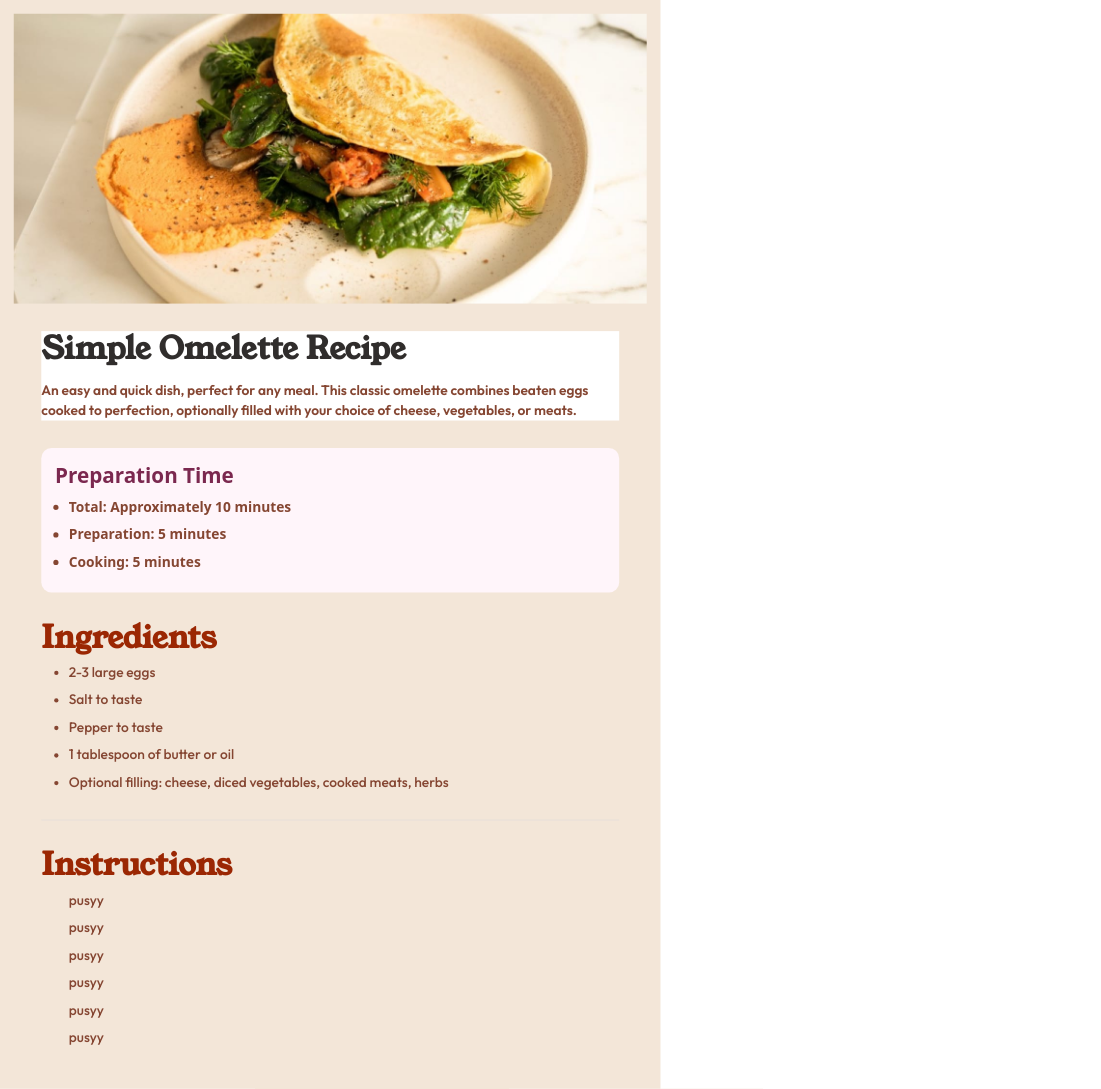
Repository: nivrii/recipe-page-main
Page: /
These files come from the project's save history. The page is drawn as it stood at one moment and after the next save; the edit follows.
The browser window is 1280 px wide. The pictures show the whole page, at 86% of full size.
The project was rebuilt for these pictures with package versions that can differ from the ones it lists, and the page was loaded fresh each time. Also part of the build but not shown: vite.config.js, src/index.css.

Above is the page before, as saved 2024-03-23 15:48:48.

After the next save:
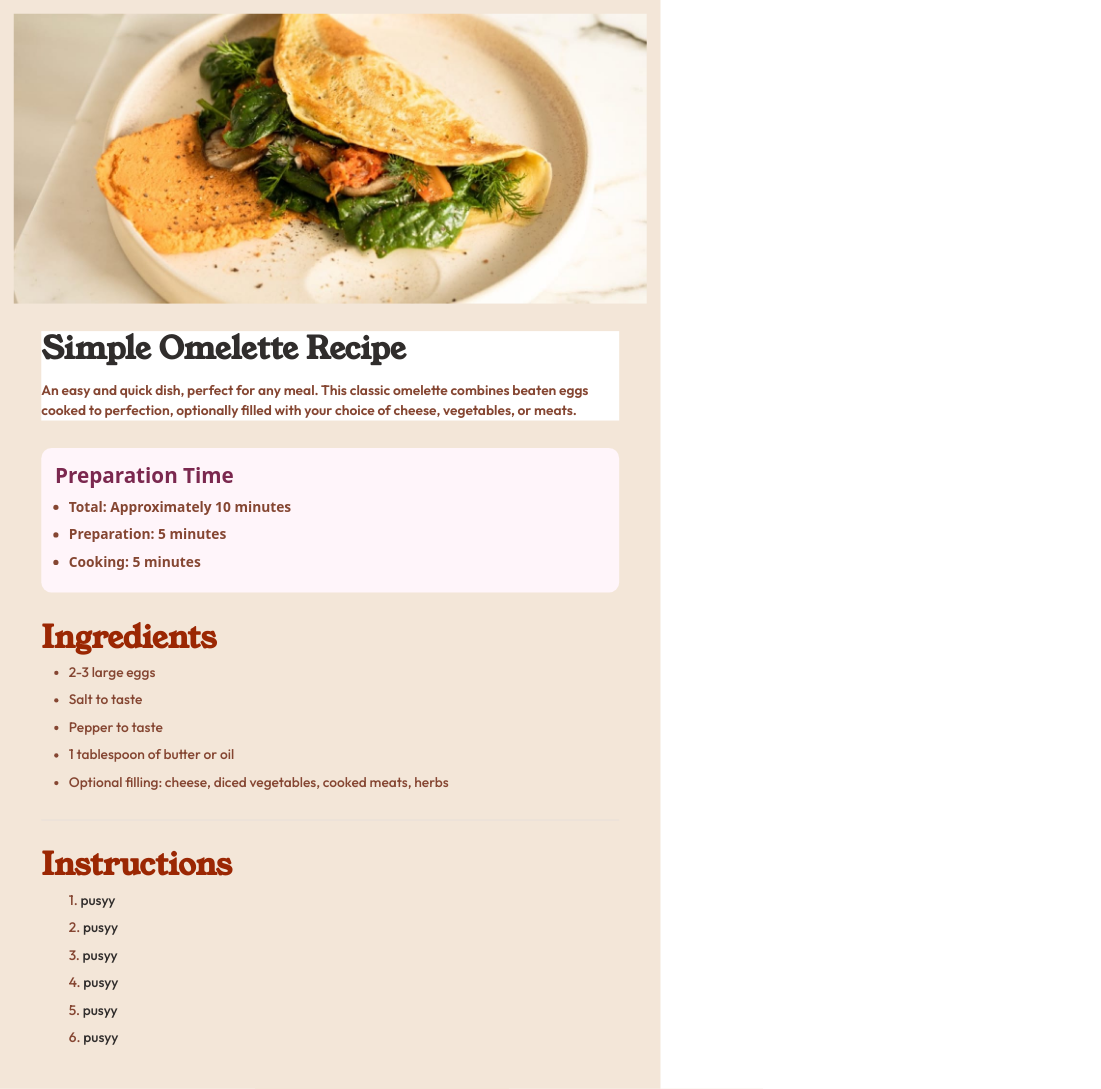
Saved 5 min 45 s later.
--- a/src/App.jsx
+++ b/src/App.jsx
@@ -53,13 +53,13 @@ function App() {
           <h1 className="text-left text-nutmegLight text-4xl font-bold font-young mt-8">
             Instructions
           </h1>
-          <ul className="px-4 font-outfit mt-2 mb-8 mx-4 text-nutmeg font-medium space-y-2">
-            <li>pusyy</li>
-            <li>pusyy</li>
-            <li>pusyy</li>
-            <li>pusyy</li>
-            <li>pusyy</li>
-            <li>pusyy</li>
+          <ul className="px-4 font-outfit mt-2 mb-8 mx-4 text-darkCharcoal font-medium space-y-2">
+            <li><span className="text-nutmeg">1.</span> pusyy</li>
+            <li><span className="text-nutmeg">2.</span> pusyy</li>
+            <li><span className="text-nutmeg">3.</span> pusyy</li>
+            <li><span className="text-nutmeg">4.</span> pusyy</li>
+            <li><span className="text-nutmeg">5.</span> pusyy</li>
+            <li><span className="text-nutmeg">6.</span> pusyy</li>
             </ul>
         </div>
       </div>
